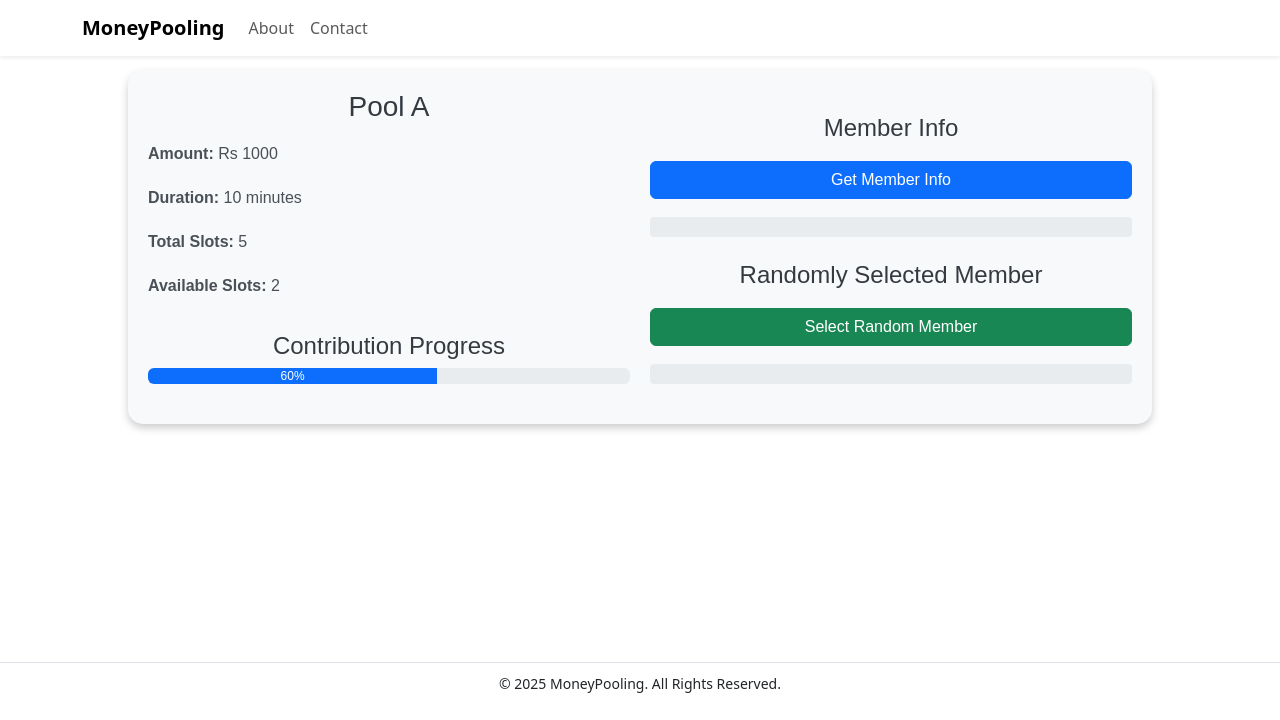
Repository: xxgautm420/MoneyPool
Page: http://localhost/progress
These files come from the project's save history. The page is drawn as it stood at one moment and after the next save; the edit follows.
The browser window is 1280 px wide. The pictures show the whole page.
The page is served by the project's application, run on Flask 3 (app.py). Other server files are loaded and not shown.

Above is the page before, as saved 2025-03-02 14:50:22.

### templates/progress.html
<!DOCTYPE html>
<html lang="en">
<head>
    <meta charset="UTF-8">
    <meta name="viewport" content="width=device-width, initial-scale=1.0">
    <title>Money Pooling</title>

    <!-- External Stylesheets -->
    <link rel="stylesheet" href="{{ url_for('static', filename='Css/progress.css') }}">
    <link href="https://cdn.jsdelivr.net/npm/bootstrap@5.3.0-alpha1/dist/css/bootstrap.min.css" rel="stylesheet">
</head>
<body>

    <!-- Navbar -->
    <nav class="navbar navbar-expand-lg navbar-light bg-white fixed-top shadow-sm">
        <div class="container">
            <a class="navbar-brand fw-bold" href="#">MoneyPooling</a>
            <div class="collapse navbar-collapse">
                <ul class="navbar-nav me-auto mb-2 mb-lg-0">
                    <li class="nav-item">
                        <a class="nav-link" href="#" id="aboutLink">About</a>
                    </li>
                    <li class="nav-item">
                        <a class="nav-link" href="#" id="contactLink">Contact</a>
                    </li>
                </ul>
            </div>
        </div>
    </nav>

    <div id="aboutFormContainer" class="about-container" style="display: none;">
        <div class="about-box">
            <section>
                <h1>About This Project</h1>
                <p>In today's digital age, web applications play a pivotal role in streamlining various processes and enhancing user experiences. This project focuses on developing a web application designed to facilitate a unique and engaging process where members join a slot, contribute a specified amount, and a randomly selected member benefits until all members have been selected. The application aims to provide a seamless and user-friendly experience, ensuring secure login, easy slot selection, and transparent tracking of contributions.</p>
                <p>The project is motivated by the need to create an efficient and reliable system that can manage member contributions and random selections in a fair and transparent manner. By leveraging modern web technologies, the application aims to enhance user engagement and foster a sense of community among members. This document outlines the functional requirements, user interaction flow, technical specifications, and expected outcomes of the project.</p>
                <button id="closeAbout" class="close-button">x</button>
            </section>
        </div>
    </div>

    <div id="contactFormContainer" class="contact-container" style="display: none;">
        <div class="contact-box">
            <section>
                <h1>Contact</h1>
                <form>
                    <label for="name">Name:</label><br>
                    <input type="text" id="name" name="name" placeholder="Your Name"><br><br>
                    <label for="email">Email:</label><br>
                    <input type="email" id="email" name="email" placeholder="Your Email"><br><br>
                    <label for="number">Number:</label><br>
                    <input type="tel" id="number" name="number" placeholder="Your Phone Number"><br><br>
                </form>
                <p><strong>Address:</strong> Your Address Here</p>
                <p><strong>Contact Number:</strong> Your Contact Number Here</p>
                <button id="closeContact" class="close-button">x</button>
            </section>
        </div>
    </div>

    <!-- Main Content -->
    <div class="main-container">
        <div class="left-grid">
            <h3 id="poolName">Pool A</h3>
            <p><strong>Amount:</strong> Rs <span id="poolAmount">1000</span></p>
            <p><strong>Duration:</strong> 10 minutes</p>
            <p><strong>Total Slots:</strong> 5</p>
            <p><strong>Available Slots:</strong> <span id="availableSlots">2</span></p>

            <!-- Contribution Progress -->
            <h4 class="mt-4">Contribution Progress</h4>
            <div class="progress mb-3">
                <div id="progressBar" class="progress-bar" role="progressbar" style="width: 60%">60%</div>
            </div>
        </div>

        <div class="right-grid">
            <!-- Member Info Section -->
            <h4 class="mt-4">Member Info</h4>
            <button id="memberInfoButton" class="btn btn-primary" onclick="fetchUsername(1)">Get Member Info</button>
            <div id="usernamePlaceholder" class="username-placeholder mt-2"></div> <!-- Placeholder for username -->

            <!-- Randomly Selected Member Section -->
            <h4 class="mt-4">Randomly Selected Member</h4>
            <button id="randomSelectButton" class="btn btn-success">Select Random Member</button>
            <div id="selectedMemberPlaceholder" class="selected-member-placeholder mt-2"></div> <!-- Placeholder for selected username -->
            <div id="actionButtonContainer"></div>
        </div>
    </div>

    <!-- Footer -->
    <footer class="footer">
        <p>&copy; 2025 MoneyPooling. All Rights Reserved.</p>
    </footer>

    <!-- External JavaScript -->
    <script src="{{ url_for('static', filename='Script/progress.js') }}"></script>
</body>
</html>

### app.py
from flask import Flask, render_template , jsonify
from user import User, db
from config import Config
from auth import auth_bp

app = Flask(__name__)
app.config.from_object(Config)
db.init_app(app)

app.register_blueprint(auth_bp)

@app.route('/')
def home():
    return render_template('index.html')

@app.route('/progress')
def progress():
    return render_template('progress.html')

@app.route('/api/users/top5', methods=['GET'])
def get_top5_users():
    users = User.query.limit(5).all()
    return jsonify([user.username for user in users])

if __name__ == '__main__':
    app.run(debug=True)

### static/Css/progress.css
/* General Page Styling */
body {
    font-family: Arial, sans-serif;
    text-align: center;
    margin: 0;
    background-color: white;
    padding-top: 70px; /* Space for fixed navbar */
    display: flex;
    flex-direction: column;
    min-height: 100vh; /* Ensure the body takes at least the full height of the viewport */
    align-items: center; /* Center items horizontally */
}

/* Navbar */
.navbar {
    box-shadow: 0px 2px 5px rgba(0, 0, 0, 0.1);
    width: 100%; /* Ensure the navbar spans the full width */
}

/* Footer */
footer {
    width: 100%;
    background-color: white;
    text-align: center;
    padding: 10px;
    font-size: 14px;
    border-top: 1px solid #dee2e6;
    position: fixed; /* Ensure footer stays at the bottom */
    bottom: 0;
    left: 0;
    right: 0;
}

/* About Form Container */
.about-container {
    position: fixed;
    top: 50%;
    left: 50%;
    transform: translate(-50%, -50%);
    width: 80%;
    max-width: 600px;
    background-color: white;
    border-radius: 10px;
    box-shadow: 0 4px 8px rgba(0, 0, 0, 0.1);
    overflow: hidden; /* Remove vertical scrolling */
    padding: 20px;
}

.about-box {
    padding: 20px;
}

.about-container h1 {
    margin-top: 0;
}

.about-container p {
    line-height: 1.6;
}

.close-button {
    position: absolute;
    top: 10px;
    right: 10px;
    background-color: #f44336;
    color: white;
    border: none;
    border-radius: 50%;
    width: 30px;
    height: 30px;
    cursor: pointer;
    font-size: 16px;
}

.close-button:hover {
    background-color: #d32f2f;
}

/* Contact Form Container */
.contact-container {
    position: fixed;
    top: 50%;
    left: 50%;
    transform: translate(-50%, -50%);
    width: 80%;
    max-width: 600px;
    background-color: white;
    border-radius: 10px;
    box-shadow: 0 4px 8px rgba(0, 0, 0, 0.1);
    overflow: hidden; /* Remove vertical scrolling */
    padding: 20px;
}

.contact-container h1 {
    margin-top: 0;
}

.contact-container form {
    margin-top: 20px;
}

.contact-container input,
.contact-container textarea {
    width: 100%;
    padding: 10px;
    margin-top: 5px;
    margin-bottom: 10px;
    border-radius: 5px;
    border: 1px solid #ccc;
}

.contact-container p {
    line-height: 1.6;
    margin-top: 10px;
}

/* Main container styling */
/* Main container styling */
/* Main container styling */
.main-container {
    width: 80%;
    margin: 0 auto;
    padding: 20px;
    background-color: #f8f9fa;
    border-radius: 15px;
    box-shadow: 0 4px 8px rgba(0, 0, 0, 0.2);
    font-family: Arial, sans-serif;
    display: grid;
    grid-template-columns: 1fr 1fr;
    gap: 20px;
}

/* Left grid styling */
.left-grid {
    display: flex;
    flex-direction: column;
}

/* Right grid styling */
.right-grid {
    display: flex;
    flex-direction: column;
}

/* Headings */
.main-container h3,
.main-container h4 {
    color: #343a40;
    text-align: center; /* Center align the title */
}

/* Paragraphs and labels */
.main-container p {
    margin: 10px 0;
    color: #495057;
}

/* Buttons */
.btn {
    display: inline-block;
    margin: 10px 0;
    padding: 10px 20px;
    border: none;
    border-radius: 4px;
    text-align: center;
    cursor: pointer;
    font-size: 16px;
    transition: background-color 0.3s;
}

.btn-primary {
    background-color: #007bff;
    color: #fff;
}

.btn-primary:hover {
    background-color: #0056b3;
}

.btn-success {
    background-color: #28a745;
    color: #fff;
}

.btn-success:hover {
    background-color: #218838;
}

/* Progress bar */
.progress {
    height: 24px;
    background-color: #e9ecef;
    border-radius: 12px;
    overflow: hidden;
}

.progress-bar {
    height: 100%;
    background-color: #28a745;
    transition: width 0.6s ease;
}

/* Placeholders */
.username-placeholder,
.selected-member-placeholder {
    padding: 10px;
    background-color: #e9ecef;
    border-radius: 4px;
    margin-top: 10px;
    color: #495057;
}

#actionButtonContainer {
    margin-top: 20px;
    text-align: center; /* Center align the action buttons */
}

### static/Script/progress.js
document.addEventListener("DOMContentLoaded", () => {
    const memberInfoButton = document.getElementById("memberInfoButton");
    const usernamePlaceholder = document.getElementById("usernamePlaceholder");
    const randomSelectButton = document.getElementById("randomSelectButton");
    const selectedMemberPlaceholder = document.getElementById("selectedMemberPlaceholder");
    const actionButtonContainer = document.getElementById("actionButtonContainer");

    let usernames = [];
    let selectedUsernames = new Set();

    // Assume this is the logged-in user's username
    const loggedInUsername = 'user5'; // Replace with dynamic username if available

    // Fetch and display top 5 users
    memberInfoButton.addEventListener("click", () => {
        fetch('/api/users/top5')
            .then(response => response.json())
            .then(data => {
                usernames = data;
                usernamePlaceholder.innerHTML = usernames
                    .map(user => `<div class="username-item">${user}</div>`)
                    .join('');
            })
            .catch(error => {
                console.error('Error fetching user data:', error);
                usernamePlaceholder.innerHTML = 'An error occurred';
            });
    });

    // Randomly select and display a member
    randomSelectButton.addEventListener("click", () => {
        if (selectedUsernames.size >= usernames.length) {
            selectedMemberPlaceholder.innerHTML = 'All members have been selected.';
            actionButtonContainer.innerHTML = ''; // Clear action buttons
            return;
        }

        let remainingUsers = usernames.filter(user => !selectedUsernames.has(user));
        let randomIndex = Math.floor(Math.random() * remainingUsers.length);
        let selectedUser = remainingUsers[randomIndex];

        selectedUsernames.add(selectedUser);

        selectedMemberPlaceholder.innerHTML = `Selected Member: ${selectedUser}`;

        // Update action buttons based on selected user
        updateActionButtons(selectedUser);

        // Continue selecting after 5 seconds
        setTimeout(() => {
            randomSelectButton.click();
        }, 5000);
    });

    // Function to update action buttons
    function updateActionButtons(selectedUser) {
        actionButtonContainer.innerHTML = ''; // Clear previous buttons

        let button = document.createElement('button');
        button.className = 'btn';

        if (selectedUser === loggedInUsername) {
            // If the selected user is the logged-in user, show "Withdraw" button
            button.textContent = 'Withdraw';
            button.classList.add('btn-warning');
            button.addEventListener('click', () => {
                // Implement withdraw functionality here
                alert('Withdraw action triggered.');
            });
        } else {
            // If the selected user is someone else, show "Pay" button
            button.textContent = 'Pay';
            button.classList.add('btn-success');
            button.addEventListener('click', () => {
                // Implement pay functionality here
                alert('Pay action triggered.');
            });
        }

        actionButtonContainer.appendChild(button);
    }
});



//about form
document.addEventListener("DOMContentLoaded", function() {
    const aboutLink = document.getElementById("aboutLink");
    const aboutFormContainer = document.getElementById("aboutFormContainer");
    const closeAboutForm = document.getElementById("closeAbout");


    aboutLink.addEventListener("click", function(event) {
        event.preventDefault();
        aboutFormContainer.style.display = "block";
    });

    closeAboutForm.addEventListener("click", () => {
        aboutFormContainer.style.display = "none";
    });


});

//contact form
document.addEventListener("DOMContentLoaded", function() {
    const contactLink = document.getElementById("contactLink");
    const contactFormContainer = document.getElementById("contactFormContainer");
    const closeContactForm = document.getElementById("closeContact");


    contactLink.addEventListener("click", function(event) {
        event.preventDefault();
        contactFormContainer.style.display = "block";
    });

    closeContactForm.addEventListener("click", () => {
        contactFormContainer.style.display = "none";
    });


});

After the next save:
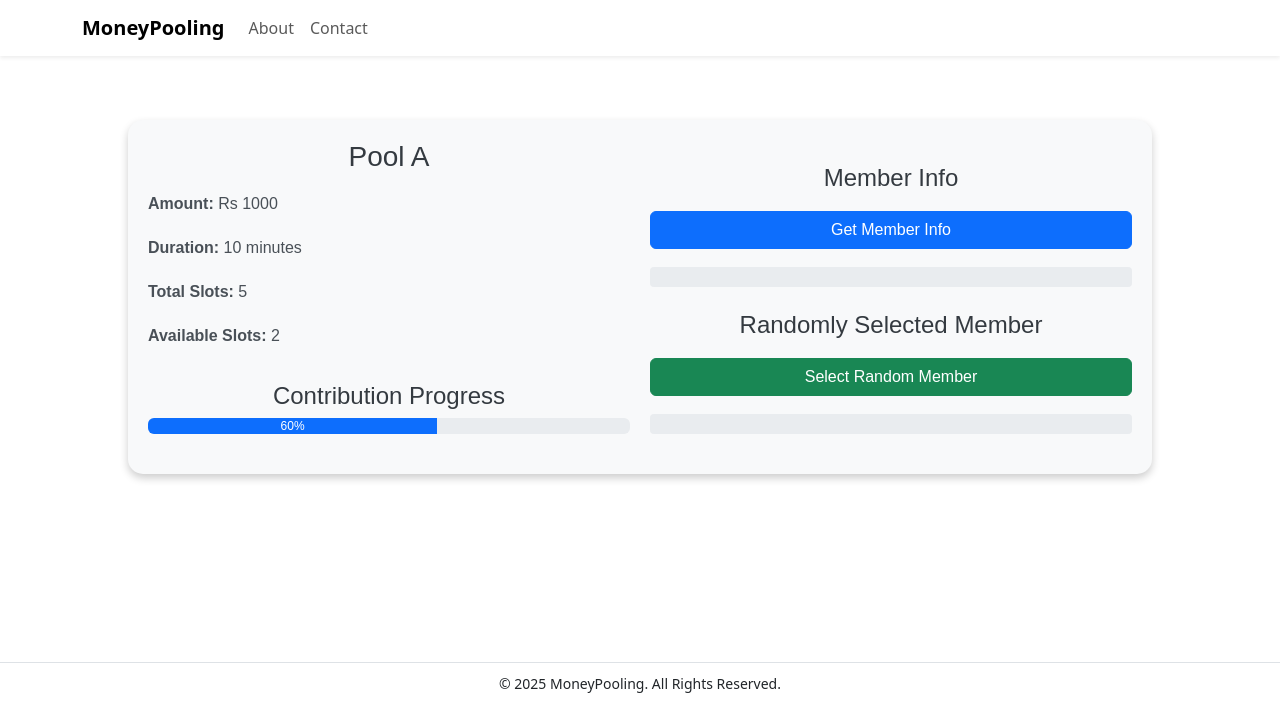
Saved 15 s later.
--- a/static/Css/progress.css
+++ b/static/Css/progress.css
@@ -117,9 +117,10 @@
 /* Main container styling */
 /* Main container styling */
 /* Main container styling */
+/* Main container styling */
 .main-container {
     width: 80%;
-    margin: 0 auto;
+    margin: 50px auto; /* Increase top margin and center horizontally */
     padding: 20px;
     background-color: #f8f9fa;
     border-radius: 15px;

After the save that followed:
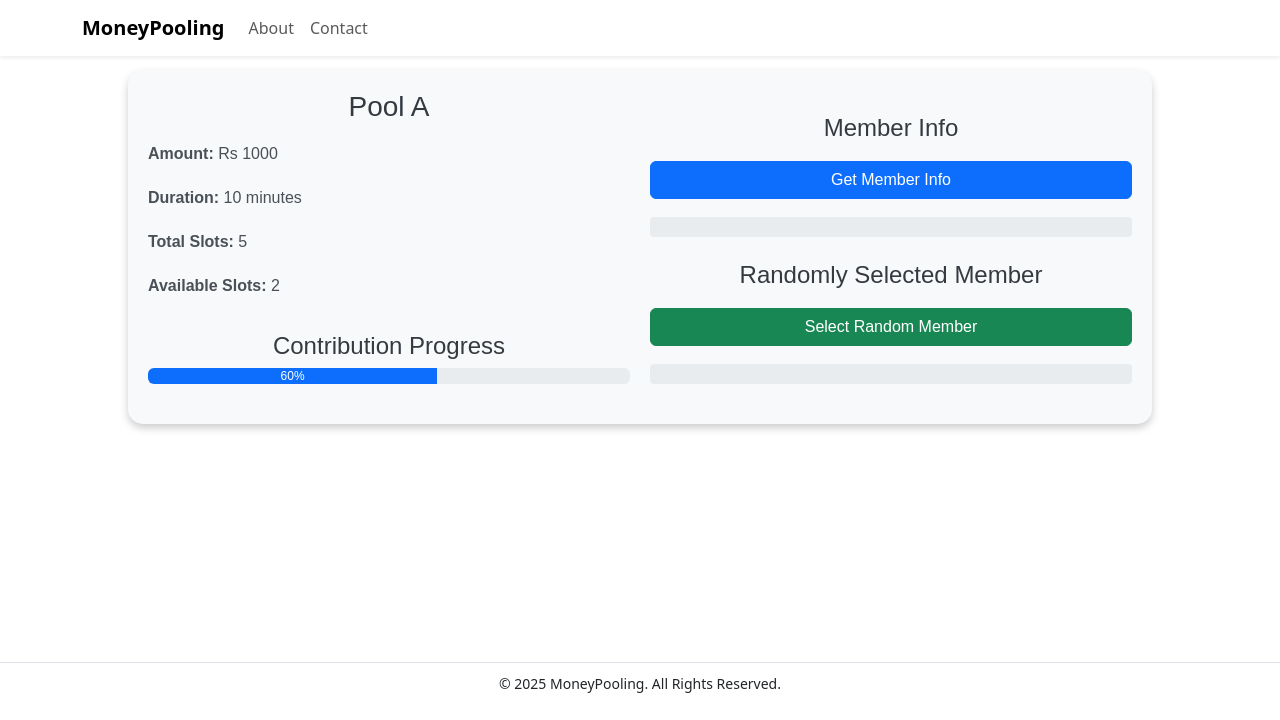
Saved 9 s later.
--- a/static/Css/progress.css
+++ b/static/Css/progress.css
@@ -117,10 +117,9 @@
 /* Main container styling */
 /* Main container styling */
 /* Main container styling */
-/* Main container styling */
 .main-container {
     width: 80%;
-    margin: 50px auto; /* Increase top margin and center horizontally */
+    margin: 0 auto;
     padding: 20px;
     background-color: #f8f9fa;
     border-radius: 15px;
